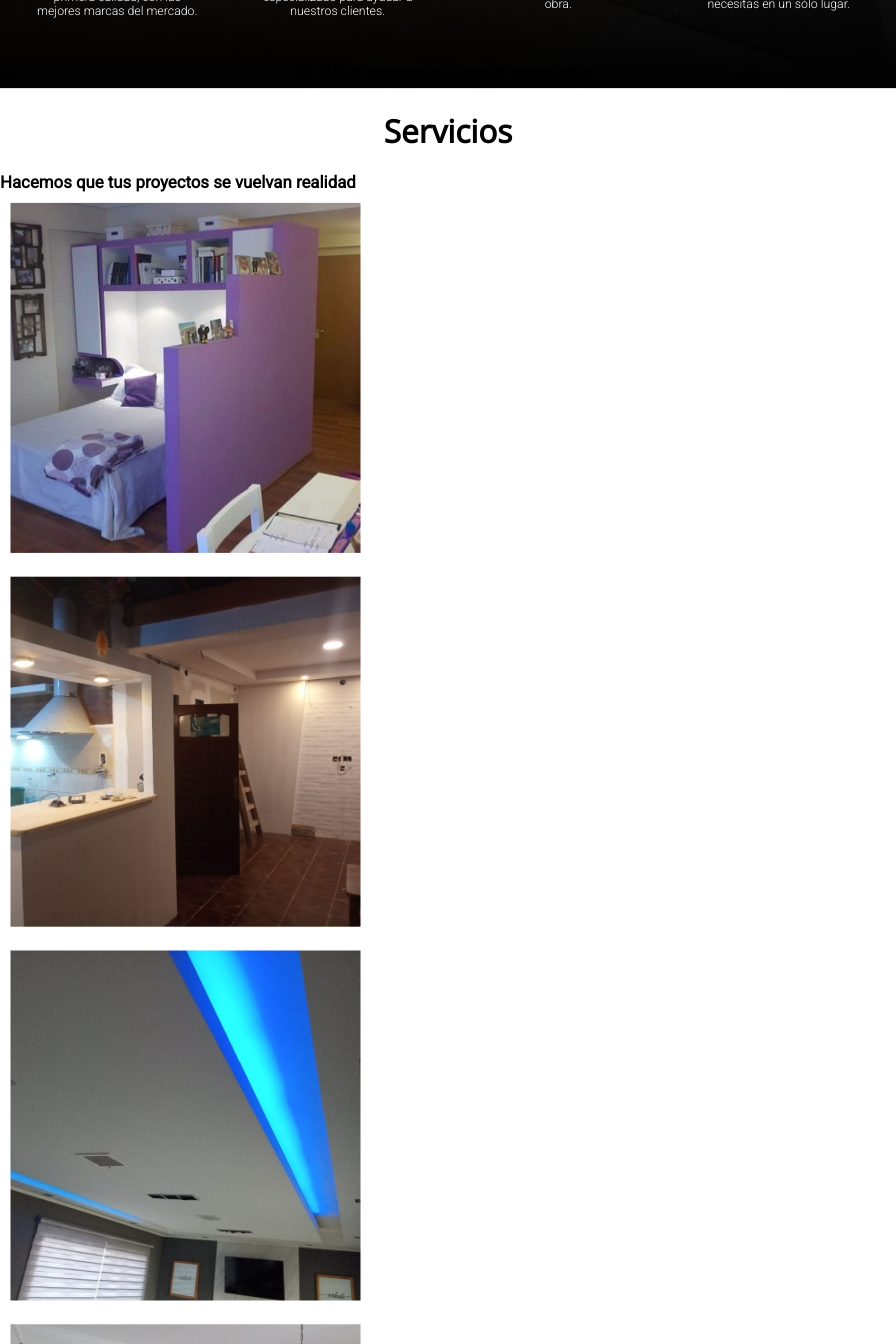
Repository: DamianBermudez94/Perfil-Plac
Page: /
An editor plug-in stored every save of this project. The page is shown before and after the next save, followed by the edit.
The browser window is 1280 px wide. The pictures show the part of the page from y = 3167 to 5087 px (the page is 6539 px tall), at 70% of full size.
Backgrounds fixed to the window are drawn as part of the page. The project was rebuilt for these pictures with package versions that can differ from the ones it lists, and the page was loaded fresh each time. Also part of the build but not shown: vite.config.js, src/index.css.

Above is the page before, as saved 2024-02-20 15:48:51.

After the next save:
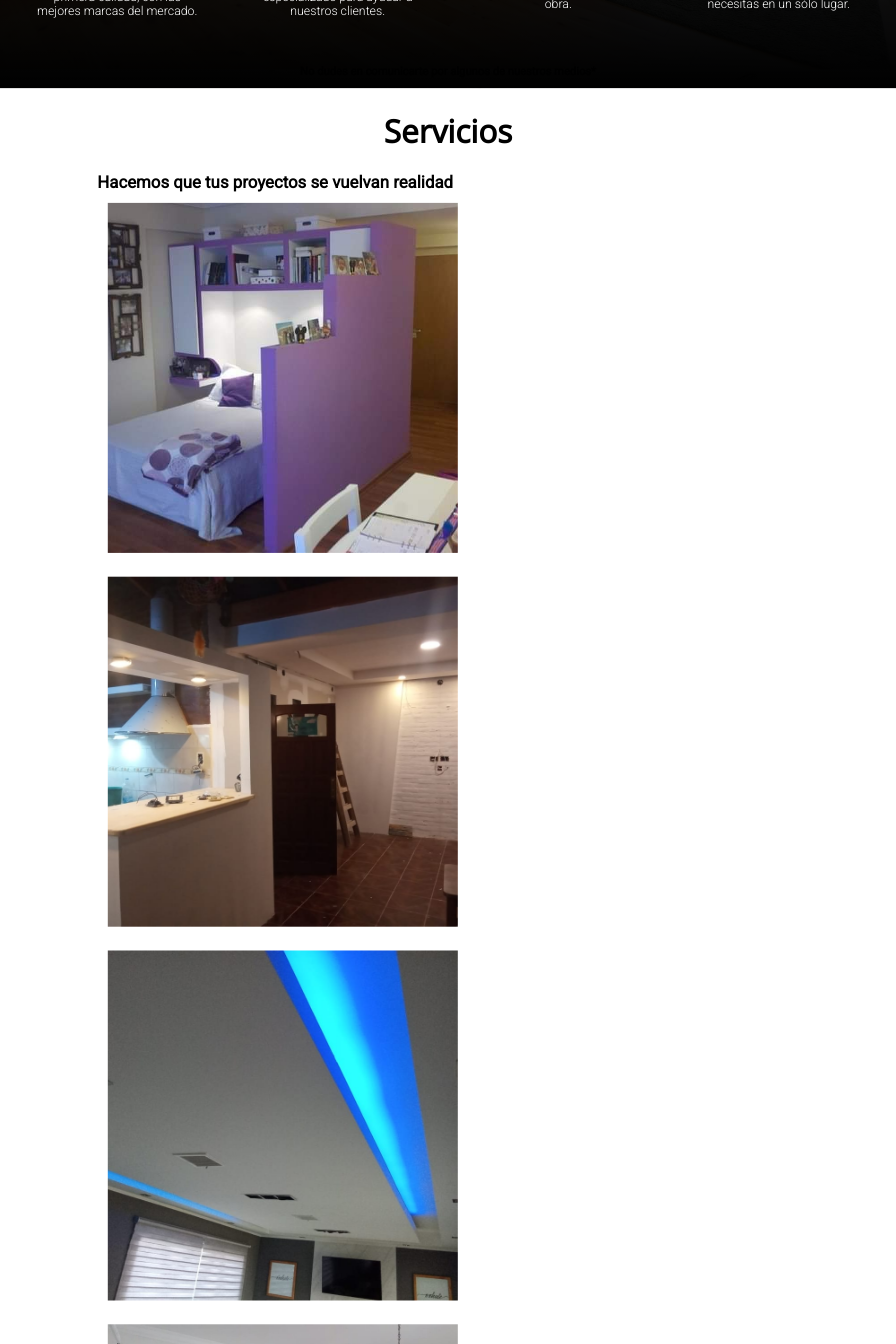
Saved 114 s later.
--- a/src/components/Servicios/styles.css
+++ b/src/components/Servicios/styles.css
@@ -15,7 +15,7 @@
 }
 .container-img {
   display: grid;
-  grid-template-columns: repeat(4, 1fr);
+  grid-template-columns: repeat(1, 1fr);
   grid-gap: 10px;
   padding: 15px;
 }
